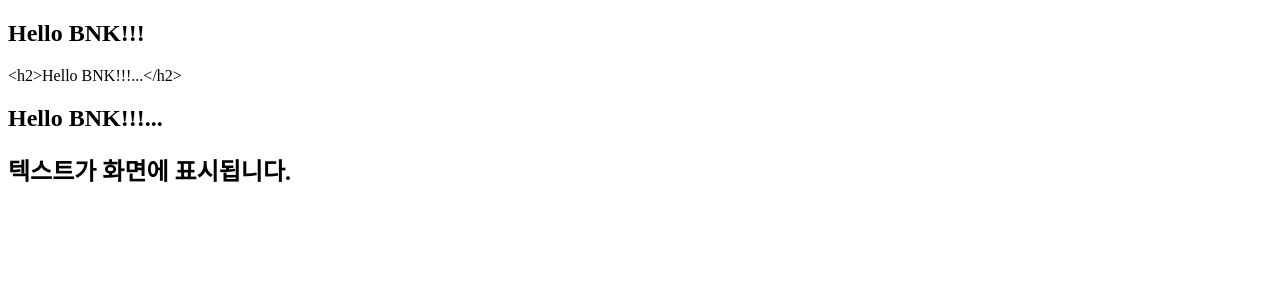
Repository: pvntlc/D-IT-Tech-Internship
Page: work_web/Day5/src/main/webapp/dom/3-1.element.html
An editor plug-in stored every save of this project. The page is shown before and after the next save, followed by the edit.
The browser window is 1280 px wide. The pictures show the whole page.

Above is the page before, as saved 2023-09-15 02:38:32.

### work_web/Day5/src/main/webapp/dom/3-1.element.html
<!DOCTYPE html>
<html lang="en">
  <head>
    <meta charset="UTF-8" />
    <meta name="viewport" content="width=device-width, initial-scale=1.0" />
    <title>DOM 변경 - 화면에 태그 추가</title>
    <script type="text/javascript">
      window.onload = function () {
        var html = document.getElementById("divHtml");
       // var divText = document.getElementById("divText");

        html.innerHTML = "<h2>Hello BNK!!!</h2>";
        divText.innerText = "<h2>Hello BNK!!!...</h2>";

        // 변수를 선언하고 element node와 text node 생성.
        var title = document.createElement("h2");
        var msg = document.createTextNode("텍스트가 화면에 표시됩니다.");

        // text node를 element node에 추가.
        title.appendChild(msg);
        document.body.appendChild(title);
      };
    </script>
  </head>
  <body>
    <div id="divHtml"></div>
    <div id="divText"></div>
    <div id="divTex1t"><h2>Hello BNK!!!...</h2></div>
  </body>
</html>

After the next save:
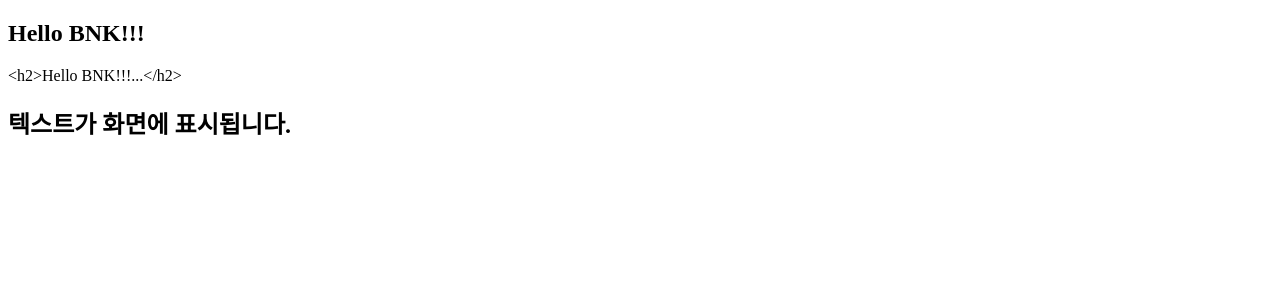
Saved 22 s later.
--- a/work_web/Day5/src/main/webapp/dom/3-1.element.html
+++ b/work_web/Day5/src/main/webapp/dom/3-1.element.html
@@ -25,6 +25,5 @@
   <body>
     <div id="divHtml"></div>
     <div id="divText"></div>
-    <div id="divTex1t"><h2>Hello BNK!!!...</h2></div>
   </body>
 </html>
